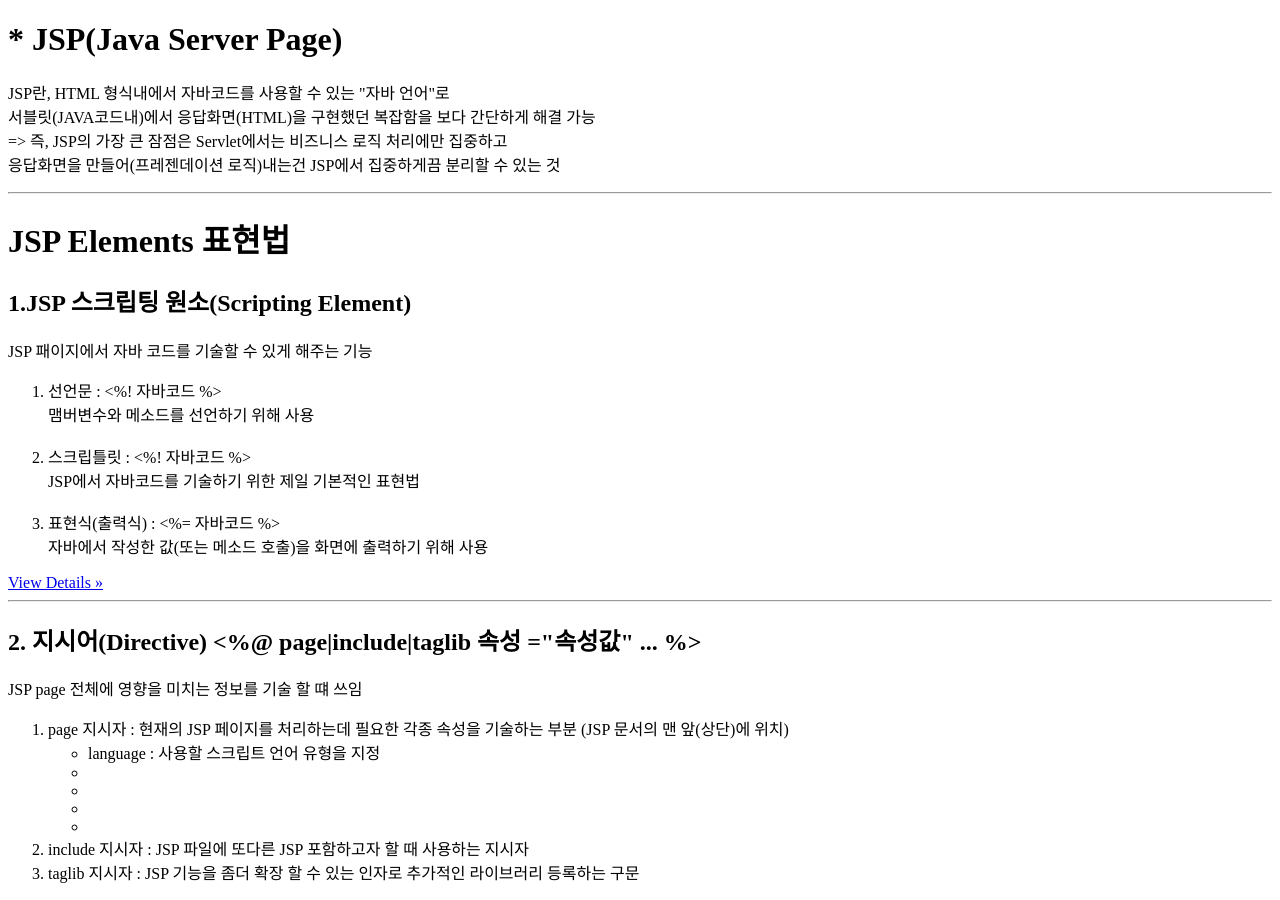
Repository: BrianH29/BH_webserver_workspace1
Page: webserver_workspace1/2_JSP/WebContent/index.html
An editor plug-in stored every save of this project. The page is shown before and after the next save, followed by the edit.
The browser window is 1280 px wide. The pictures show the whole page.

Above is the page before, as saved 2020-08-31 02:10:22.

### webserver_workspace1/2_JSP/WebContent/index.html
<!DOCTYPE html>
<html>
<head>
<meta charset="UTF-8">
<title>Insert title here</title>
</head>
<body>

	<h1>* JSP(Java Server Page)</h1>

	<p>
		JSP란, HTML 형식내에서 자바코드를 사용할 수 있는 "자바 언어"로<br>
		서블릿(JAVA코드내)에서 응답화면(HTML)을 구현했던 복잡함을 보다 간단하게 해결 가능 <br>
		=> 즉, JSP의 가장 큰 잠점은 Servlet에서는 비즈니스 로직 처리에만 집중하고 <br>
			응답화면을 만들어(프레젠데이션 로직)내는건 JSP에서 집중하게끔 분리할 수 있는 것
	</p>

	<hr>

	<h1>JSP Elements 표현법</h1>

	<h2>1.JSP 스크립팅 원소(Scripting Element)</h2>
	<p>JSP 패이지에서 자바 코드를 기술할 수 있게 해주는 기능</p>

	<ol>
		<li>
			선언문 : &lt;%! 자바코드 %&gt;<br>
			맴버변수와 메소드를 선언하기 위해 사용<br><br>
		</li>
		<li>
			스크립틀릿 : &lt;%! 자바코드 %&gt;<br>
			JSP에서 자바코드를 기술하기 위한 제일 기본적인 표현법 <br><br>
		</li>
		<li>
			표현식(출력식) : &lt;%= 자바코드 %&gt; <br>
			자바에서 작성한 값(또는 메소드 호출)을 화면에 출력하기 위해 사용
		</li>
	</ol>

	<a href="views/01_ScriptingElement.jsp">View Details &raquo;</a>


	<hr>

	<h2> 2. 지시어(Directive) &lt;%@ page|include|taglib 속성 ="속성값" ... %&gt;</h2>
	<p>JSP page 전체에 영향을 미치는 정보를 기술 할 떄 쓰임 </p>


	<ol>
		<li>
			page 지시자 : 현재의 JSP 페이지를 처리하는데 필요한 각종 속성을 기술하는 부분 (JSP 문서의 맨 앞(상단)에 위치)<br>
			<ul>
				<li>language : 사용할 스크립트 언어 유형을 지정</li>
				<li></li>
				<li></li>
				<li></li>
				<li></li>
			</ul>
		</li>
		<li>
			include 지시자 : JSP 파일에 또다른 JSP 포함하고자 할 때 사용하는 지시자<br>
		</li>
		<li>
			taglib 지시자 :  JSP 기능을 좀더 확장 할 수 있는 인자로 추가적인 라이브러리 등록하는 구문
		</li>
	</ol>


</body>
</html>

After the next save:
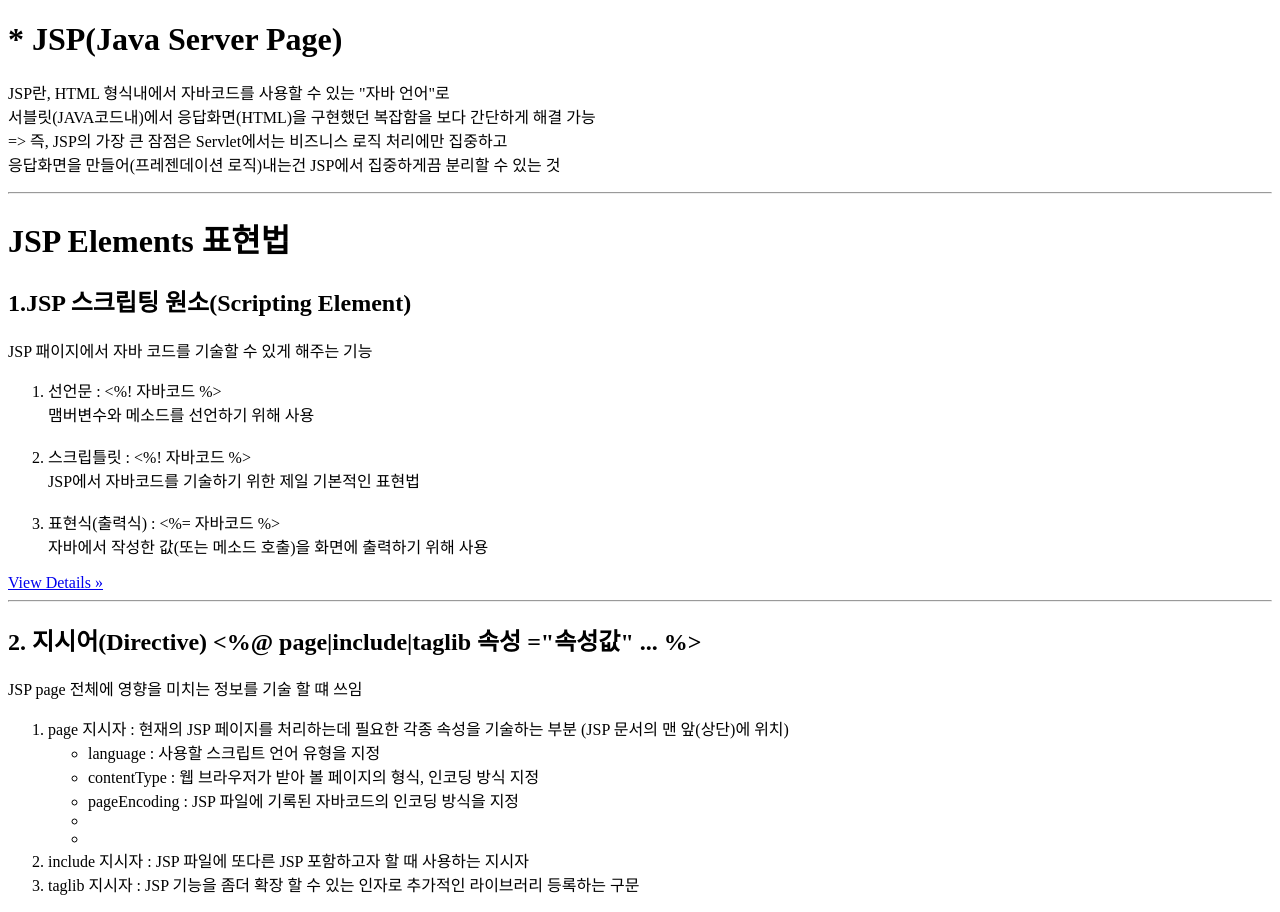
Saved 2 min 10 s later.
--- a/webserver_workspace1/2_JSP/WebContent/index.html
+++ b/webserver_workspace1/2_JSP/WebContent/index.html
@@ -51,8 +51,8 @@
 			page 지시자 : 현재의 JSP 페이지를 처리하는데 필요한 각종 속성을 기술하는 부분 (JSP 문서의 맨 앞(상단)에 위치)<br>
 			<ul>
 				<li>language : 사용할 스크립트 언어 유형을 지정</li>
-				<li></li>
-				<li></li>
+				<li>contentType : 웹 브라우저가 받아 볼 페이지의 형식, 인코딩 방식 지정</li>
+				<li>pageEncoding : JSP 파일에 기록된 자바코드의 인코딩 방식을 지정</li>
 				<li></li>
 				<li></li>
 			</ul>
